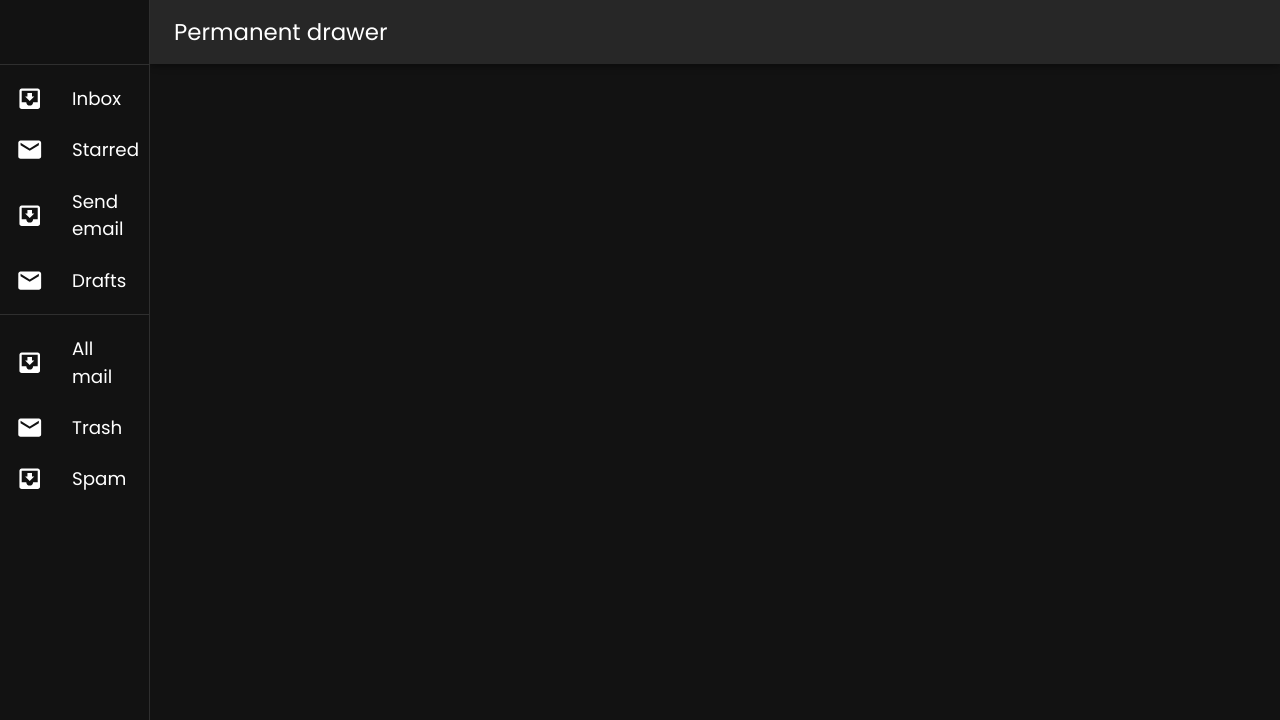
Repository: rutsguifd/the-movie-site
Page: /
The author's editor kept a copy of each file at every save. The page is drawn from the files as they stood at one save, then again after the next save.
The browser window is 1280 px wide. The pictures show the whole page.
The page's requests for data from a server got no answer. The project was rebuilt for these pictures with package versions that can differ from the ones it lists, and the page was loaded fresh each time. No one was signed in, and anything a server would have sent is missing. Also part of the build but not shown: src/components/MovieCard/MovieCard.tsx. Imported but missing from the stored project, and not drawn on this page: src/utils/constants.

Above is the page before, as saved 2023-06-23 23:02:31.

After the next save:
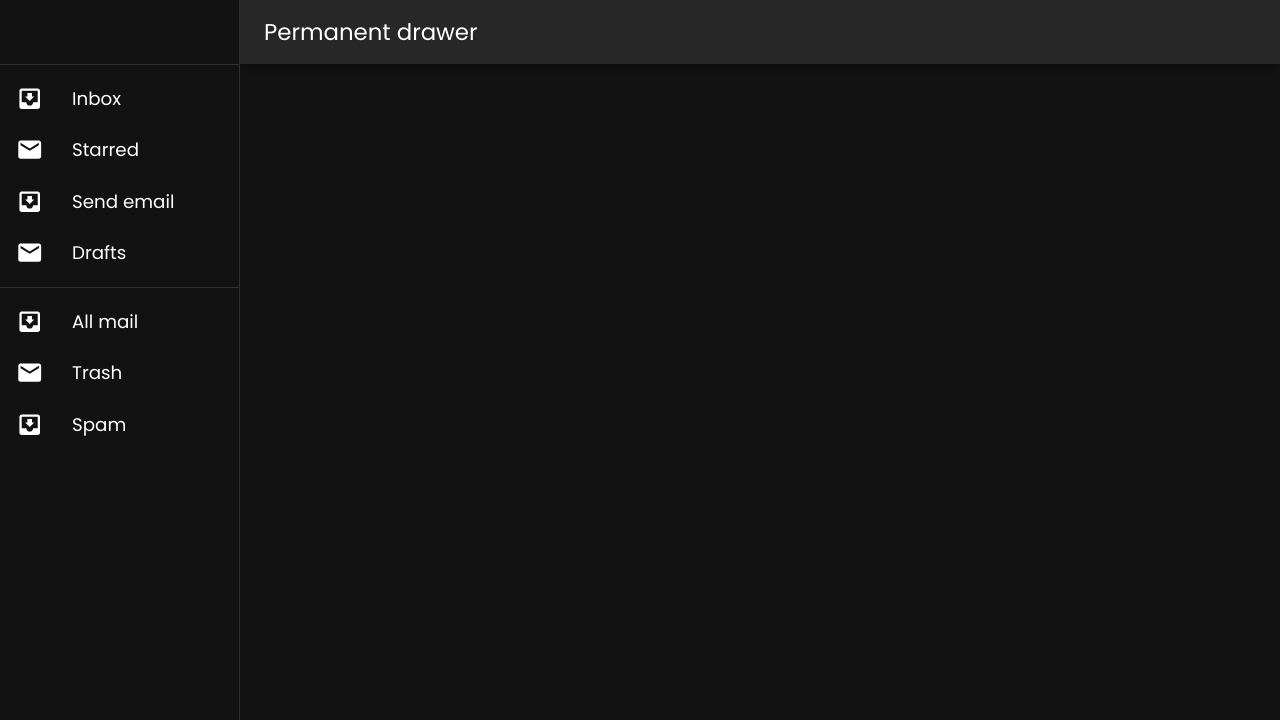
Saved 10 s later.
--- a/src/layout/MainLayout.tsx
+++ b/src/layout/MainLayout.tsx
@@ -16,7 +16,7 @@ import MailIcon from "@mui/icons-material/Mail";
 import { Props } from "@react-three/fiber";
 import { Container } from "@mui/material";
 
-const drawerWidth = 150;
+const drawerWidth = 240;
 
 export default function PermanentDrawerLeft({ children }: Props) {
   return (
